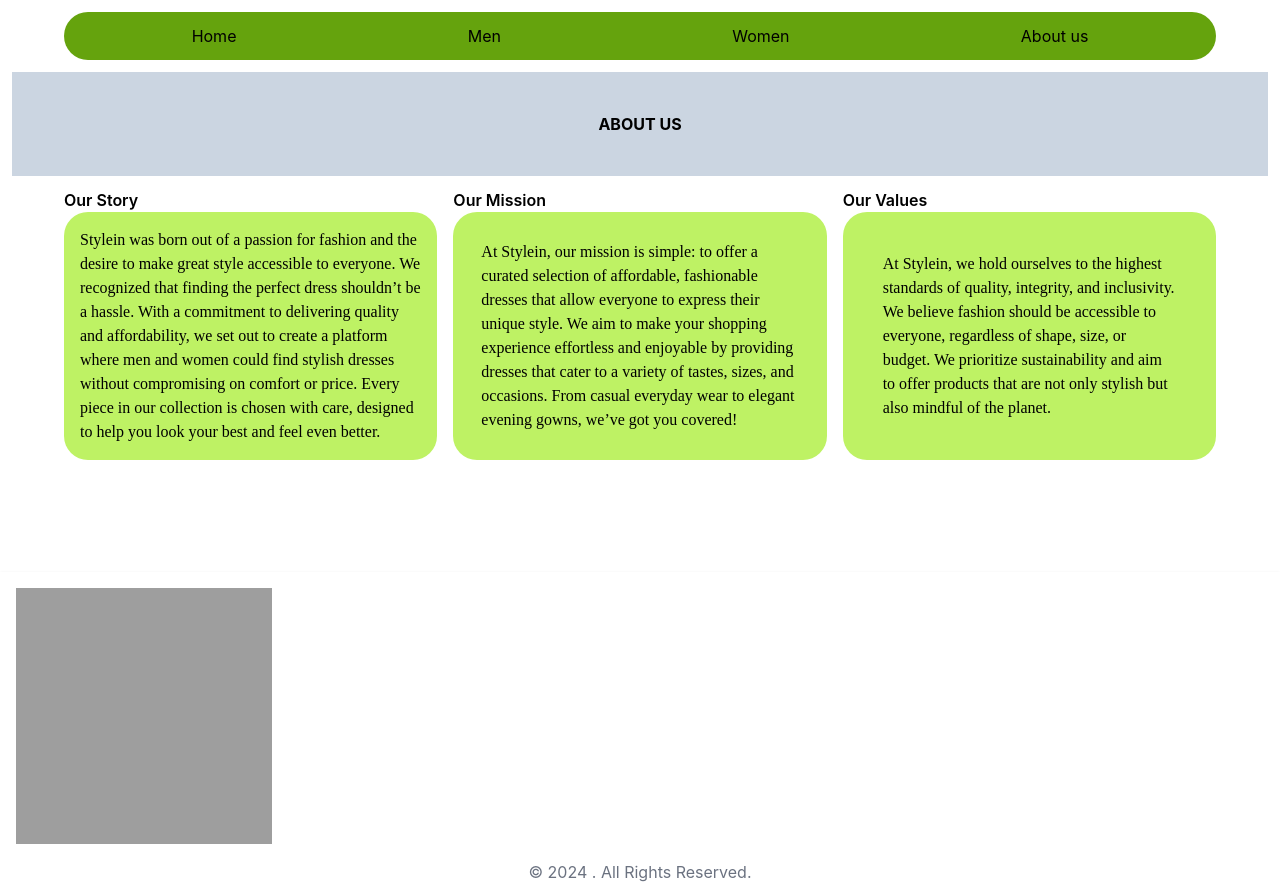
Repository: Mohankkanth/StyleIn_ShoppingSite
Page: /AboutUs
An editor plug-in stored every save of this project. The page is shown before and after a run of saves, followed by the edit.
The browser window is 1280 px wide. The pictures show the whole page.
Pictures or frames that could not be fetched are drawn as grey boxes. The project was rebuilt for these pictures with package versions that can differ from the ones it lists, and the page was loaded fresh each time. Also part of the build but not shown: vite.config.js, src/component/Home/Home.jsx, src/component/api/MenProducts.jsx, src/component/Men/Men.jsx, src/component/Women/Women.jsx, src/component/api/KidsProducts.jsx, src/component/Kids/Kids.jsx, src/component/Errorpage/Errorpage.jsx and 18 more.

Above is the page before, as saved 2024-11-23 14:03:26.

### index.html
<!doctype html>
<html lang="en">

<head>
  <meta charset="UTF-8" />
  <meta name="viewport" content="width=device-width, initial-scale=1.0" />


  <link href="https://fonts.googleapis.com/css2?family=Montserrat:wght@400;700&display=swap" rel="stylesheet" />

  <title>Vite + React</title>



</head>

<body>
  <div id="root"></div>
  <script type="module" src="/src/index.jsx"></script>
</body>

</html>

### src/index.jsx
import ReactDOM from "react-dom";
import { createBrowserRouter, RouterProvider, Outlet } from "react-router-dom";
import Home from "./component/Home/Home";
import Men from "./component/Men/Men";
// import MenProducts from "./component/api/MenProducts";
import Women from "./component/Women/Women";
import Kids from "./component/Kids/Kids";
import Header from "./component/Header/Header";
import Footer from "./component/Footer/Footer";
import "./style.css";
import Errorpage from "./component/ErrorPage/Errorpage";
import Shirt from "./component/Men/Shirt";
import T_Shirt from "./component/Men/T_Shirt";
import Pant from "./component/Men/pant";
import Shorts from "./component/Men/Shorts";
import Boys from "./component/Kids/Boys/Boys";
import Girls from "./component/Kids/Girls/Girls";
import Kurtas from "./component/Women/kurtas";
import Sarees from "./component/Women/Saree";
import Leggin from "./component/Women/Leggin";
import Dupattas from "./component/Women/Dupattas";
import AboutUs from "./component/AboutUs/Aboutus";

const AppLayout = () => {
  return (
    <>
      <Header />
      <Outlet />
      <Footer />
    </>
  );
};

// Router Configuration
const Router = createBrowserRouter([
  {
    path: "/",
    element: <AppLayout />,
    children: [
      {
        path: "/",
        element: <Home />,
      },
      {
        path: "/Home",
        element: <Home />,
      },

      {
        path: "/Men",
        element: <Men />,
      },
      {
        path: "/Women",
        element: <Women/>,
      },
      {
        path: "/Kids",
        element: <Kids />,
      },
      {
        path:"/Shirt",
        element:<Shirt/>,
      },
      {
        path:"/T-Shirt",
        element:<T_Shirt/>,
      },
      {
        path:"/Pant",
        element:<Pant/>,
      },
      {
        path:"/Shorts",
        element:<Shorts/>,
      },
      {
        path:"/KidsBoys",
        element:<Boys/>,
      },
      {
        path:"/KidsGirls",
        element:<Girls/>,
      },

      {
        path:"/Kurtas",
        element:<Kurtas/>,
      },
      {
        path:"/Sarees",
        element:<Sarees/>,
      },
      {
        path:"/Leggins",
        element:<Leggin/>
      },
      {
        path:"/Dupattas",
        element:<Dupattas/>
      },
      {
        path:"/AboutUs",
        element:<AboutUs/>
      }
    ],
    errorElement:<Errorpage/>
  },
]);

// Render the Router
const root = ReactDOM.createRoot(document.getElementById("root"));
root.render(<RouterProvider router={Router} />);

### src/component/Header/Header.jsx
import { Link } from "react-router-dom"

const Header = () => {
  return (
    <>

      <div className="2xl:container mx-auto">
        <div className="w-[90%] mx-auto grid-cols-1">
          <div>
            <ul className="flex justify-around p-3 rounded-3xl bg-lime-600 font-mono mt-3">
              <Link to="/Home">
                <li className="hover:cursor-pointer  hover:text-white">Home</li>
              </Link>
              <Link to="/Men">
                <li className="hover:cursor-pointer  hover:text-white">Men
                </li>

              </Link>
              <Link to="/Women">
                <li className="hover:cursor-pointer  hover:text-white">Women</li>
              </Link>
              {/* <Link to="/Kids">
                <li className="hover:cursor-pointer  hover:text-white">Kids</li>
              </Link> */}
              <Link to="/Aboutus">
              <li className="hover:cursor-pointer  hover:text-white">About us</li>
              </Link>
            </ul>
          </div>
        </div>
      </div>
    </>
  )
}


export default Header

### src/component/Footer/Footer.jsx
import { Link } from "react-router-dom"

const Footer = () => {
  return (
    <>
      <footer className="bg-white  shadow  dark:bg-[#333333] mt-28">
        <div className="w-full mx-auto max-w-screen-xl p-4 md:flex md:items-center md:justify-between">
          <div>
          <img src="https://ik.imagekit.io/Sample/E-Commerce/Logo/StyleIn_Logo-removebg-preview.png?updatedAt=1732345349547" alt="" className="h-64 w-64" />

          </div>

          <div className="text-white">
            <p className="font-bold font-[Raleway]">Address</p>
            <p>
              <p className="font-[Raleway]">Stylein Fashion Store </p>
              123 Fashion Street,<br />
              T. Nagar, Chennai,<br /> Tamil Nadu 600017,
              India</p>
          </div>
          <div className="text-white">
            <p className="font-bold font-[Raleway]">Contact</p>
            <p></p>
            <p className="hover:cursor-pointer">Mobile:&nbsp;9523148795</p>
            <p className="hover:cursor-pointer">Email:&nbsp;support@stylein.com</p>
          </div>

          <div className="text-white">
            <p className="font-bold font-[Raleway]">Customer Service Hours</p>
            <p>
              Monday to Friday: 9:00 AM - 6:00 PM <br />
              Saturday: 10:00 AM - 4:00 PM <br />
              Sunday: Closed</p>
          </div>



        </div>
        <div className="flex justify-center pb-3">
        <span className="text-base  text-gray-500 sm:text-center dark:text-gray-400">
            © 2024{" "}
            {/* <a href="https://flowbite.com/" className="hover:underline">
              Flowbite™ </a> */}
            . All Rights Reserved.
          </span>
          </div>
      </footer>

    </>
  )
}


export default Footer

### src/style.css
@tailwind base;
@tailwind components;
@tailwind utilities;



/*Hero section image starting */

.flip-in-hor-bottom {
	-webkit-animation: flip-in-hor-bottom 0.5s cubic-bezier(0.250, 0.460, 0.450, 0.940) both;
	        animation: flip-in-hor-bottom 2s cubic-bezier(0.250, 0.460, 0.450, 0.940) both;
}


/* ----------------------------------------------
 * Generated by Animista on 2024-11-2 22:17:44
 * Licensed under FreeBSD License.
 * See http://animista.net/license for more info.
 * w: http://animista.net, t: @cssanimista
 * ---------------------------------------------- */

/**
 * ----------------------------------------
 * animation flip-in-hor-bottom
 * ----------------------------------------
 */
 @-webkit-keyframes flip-in-hor-bottom {
    0% {
      -webkit-transform: rotateX(80deg);
              transform: rotateX(80deg);
      opacity: 0;
    }
    100% {
      -webkit-transform: rotateX(0);
              transform: rotateX(0);
      opacity: 1;
    }
  }
  @keyframes flip-in-hor-bottom {
    0% {
      -webkit-transform: rotateX(80deg);
              transform: rotateX(80deg);
      opacity: 0;
    }
    100% {
      -webkit-transform: rotateX(0);
              transform: rotateX(0);
      opacity: 1;
    }
  }

  /*Hero section image ending */




  .shake-horizontal {
	-webkit-animation: shake-horizontal 0.5s cubic-bezier(0.455, 0.030, 0.515, 0.955) both;
	        animation: shake-horizontal 30s cubic-bezier(0.455, 0.030, 0.515, 0.955) both;
}


/* ----------------------------------------------
 * Generated by Animista on 2024-11-2 22:48:21
 * Licensed under FreeBSD License.
 * See http://animista.net/license for more info.
 * w: http://animista.net, t: @cssanimista
 * ---------------------------------------------- */

/**
 * ----------------------------------------
 * animation shake-horizontal
 * ----------------------------------------
 */
 @-webkit-keyframes shake-horizontal {
    0%,
    100% {
      -webkit-transform: translateX(0);
              transform: translateX(0);
    }
    10%,
    30%,
    50%,
    70% {
      -webkit-transform: translateX(-10px);
              transform: translateX(-10px);
    }
    20%,
    40%,
    60% {
      -webkit-transform: translateX(10px);
              transform: translateX(10px);
    }
    80% {
      -webkit-transform: translateX(8px);
              transform: translateX(8px);
    }
    90% {
      -webkit-transform: translateX(-8px);
              transform: translateX(-8px);
    }
  }
  @keyframes shake-horizontal {
    0%,
    100% {
      -webkit-transform: translateX(0);
              transform: translateX(0);
    }
    10%,
    30%,
    50%,
    70% {
      -webkit-transform: translateX(-10px);
              transform: translateX(-10px);
    }
    20%,
    40%,
    60% {
      -webkit-transform: translateX(10px);
              transform: translateX(10px);
    }
    80% {
      -webkit-transform: translateX(8px);
              transform: translateX(8px);
    }
    90% {
      -webkit-transform: translateX(-8px);
              transform: translateX(-8px);
    }
  }

### src/component/AboutUs/Aboutus.jsx

import React from 'react';

const AboutUs = () => {
    return (
        <>
            <div className='2xl:container mx-auto'>
                <p className="font-bold bg-slate-300 text-center p-10 m-3">ABOUT US</p>

                <div className=" w-[90%]  mx-auto grid grid-cols-1 md:grid-cols-3 gap-4 ">

                    <div>
                        <p className='font-semibold text-justify '>Our Story</p>
                        <p className='bg-lime-300 p-4 rounded-3xl font-[Raleway]'>
                            Stylein was born out of a passion for fashion and the desire to make great style accessible to everyone. We recognized that finding the perfect dress shouldn’t be a hassle. With a commitment to delivering quality and affordability, we set out to create a platform where men and women could find stylish dresses without compromising on comfort or price. Every piece in our collection is chosen with care, designed to help you look your best and feel even better.</p>
                    </div>
                    <div>
                        <p className='font-semibold text-justify '>Our Mission</p>
                        <p className='bg-lime-300  rounded-3xl font-[Raleway] p-7'>At Stylein, our mission is simple: to offer a curated selection of affordable, fashionable dresses that allow everyone to express their unique style. We aim to make your shopping experience effortless and enjoyable by providing dresses that cater to a variety of tastes, sizes, and occasions. From casual everyday wear to elegant evening gowns, we’ve got you covered!</p>
                    </div>

                    <div>
                        <p className='font-semibold text-justify'>Our Values</p>
                        <p className='bg-lime-300  rounded-3xl font-[Raleway] p-10'>
                            At Stylein, we hold ourselves to the highest standards of quality, integrity, and inclusivity. We believe fashion should be accessible to everyone, regardless of shape, size, or budget. We prioritize sustainability and aim to offer products that are not only stylish but also mindful of the planet.</p>
                    </div>


                </div>
            </div>

        </>
    )
}
export default AboutUs

### tailwind.config.js
/** @type {import('tailwindcss').Config} */
export default {
  content: [
    "./index.html",
    "./src/**/*.{js,ts,jsx,tsx}",
  ],
  theme: {
    extend: {
      colors: {
        primary: {"50":"#eff6ff","100":"#dbeafe","200":"#bfdbfe","300":"#93c5fd","400":"#60a5fa","500":"#3b82f6","600":"#2563eb","700":"#1d4ed8","800":"#1e40af","900":"#1e3a8a","950":"#172554"}
      }
    },
    fontFamily: {
      'body': [
    'Inter',
    'ui-sans-serif',
    'system-ui',
    '-apple-system',
    'system-ui',
    'Segoe UI',
    'Roboto',
    'Helvetica Neue',
    'Arial',
    'Noto Sans',
    'sans-serif',
    'Apple Color Emoji',
    'Segoe UI Emoji',
    'Segoe UI Symbol',
    'Noto Color Emoji'
  ],
      'sans': [
    'Inter',
    'ui-sans-serif',
    'system-ui',
    '-apple-system',
    'system-ui',
    'Segoe UI',
    'Roboto',
    'Helvetica Neue',
    'Arial',
    'Noto Sans',
    'sans-serif',
    'Apple Color Emoji',
    'Segoe UI Emoji',
    'Segoe UI Symbol',
    'Noto Color Emoji'
  ]
    }
  },
  plugins: [],
}

After the next 2 saves:
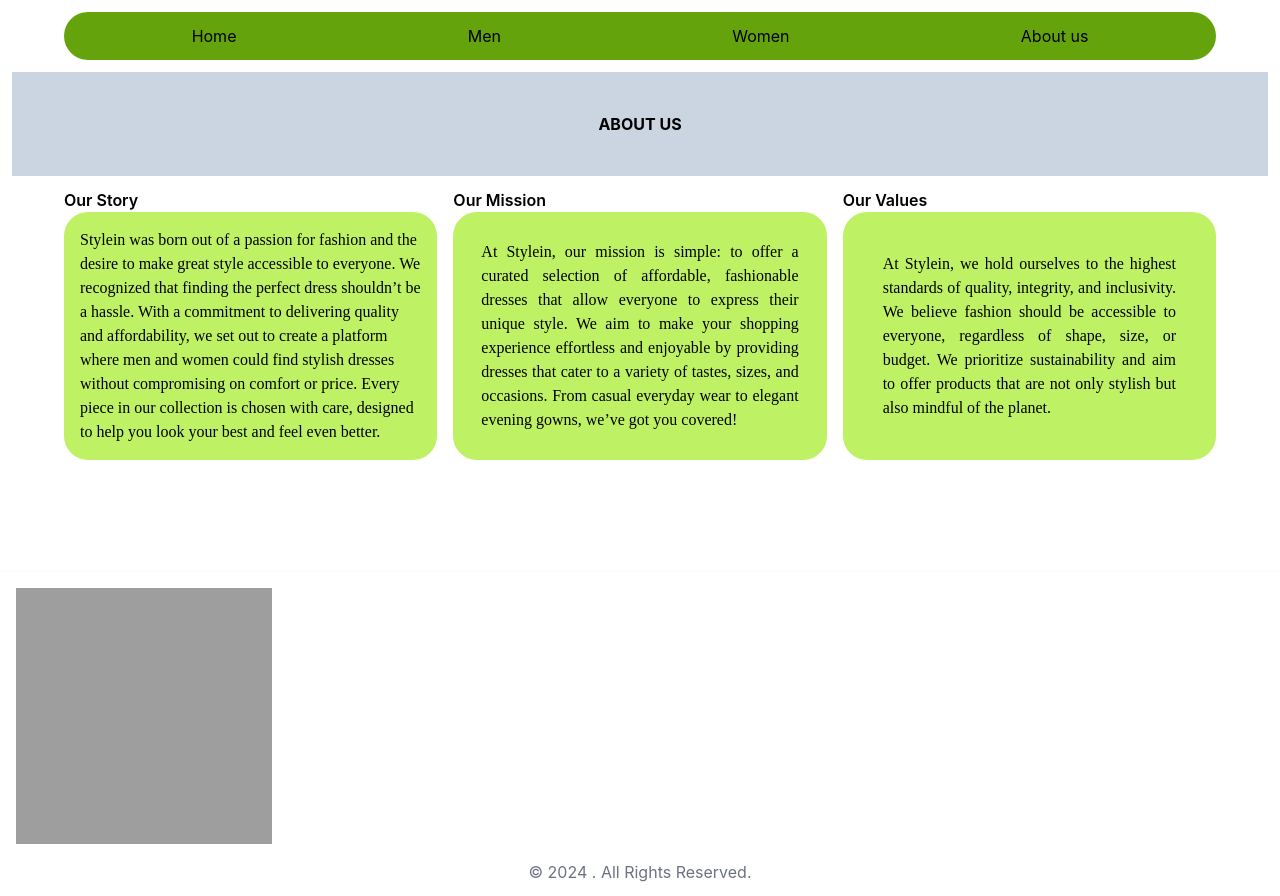
The 2 saves are shown as one change because they came seconds apart.
The last was saved 7 s later.
--- a/src/component/AboutUs/Aboutus.jsx
+++ b/src/component/AboutUs/Aboutus.jsx
@@ -16,12 +16,12 @@
                     </div>
                     <div>
                         <p className='font-semibold text-justify '>Our Mission</p>
-                        <p className='bg-lime-300  rounded-3xl font-[Raleway] p-7'>At Stylein, our mission is simple: to offer a curated selection of affordable, fashionable dresses that allow everyone to express their unique style. We aim to make your shopping experience effortless and enjoyable by providing dresses that cater to a variety of tastes, sizes, and occasions. From casual everyday wear to elegant evening gowns, we’ve got you covered!</p>
+                        <p className='bg-lime-300  rounded-3xl font-[Raleway] p-7 text-justify'>At Stylein, our mission is simple: to offer a curated selection of affordable, fashionable dresses that allow everyone to express their unique style. We aim to make your shopping experience effortless and enjoyable by providing dresses that cater to a variety of tastes, sizes, and occasions. From casual everyday wear to elegant evening gowns, we’ve got you covered!</p>
                     </div>
 
                     <div>
                         <p className='font-semibold text-justify'>Our Values</p>
-                        <p className='bg-lime-300  rounded-3xl font-[Raleway] p-10'>
+                        <p className='bg-lime-300  rounded-3xl font-[Raleway] text-justify p-10'>
                             At Stylein, we hold ourselves to the highest standards of quality, integrity, and inclusivity. We believe fashion should be accessible to everyone, regardless of shape, size, or budget. We prioritize sustainability and aim to offer products that are not only stylish but also mindful of the planet.</p>
                     </div>
 
